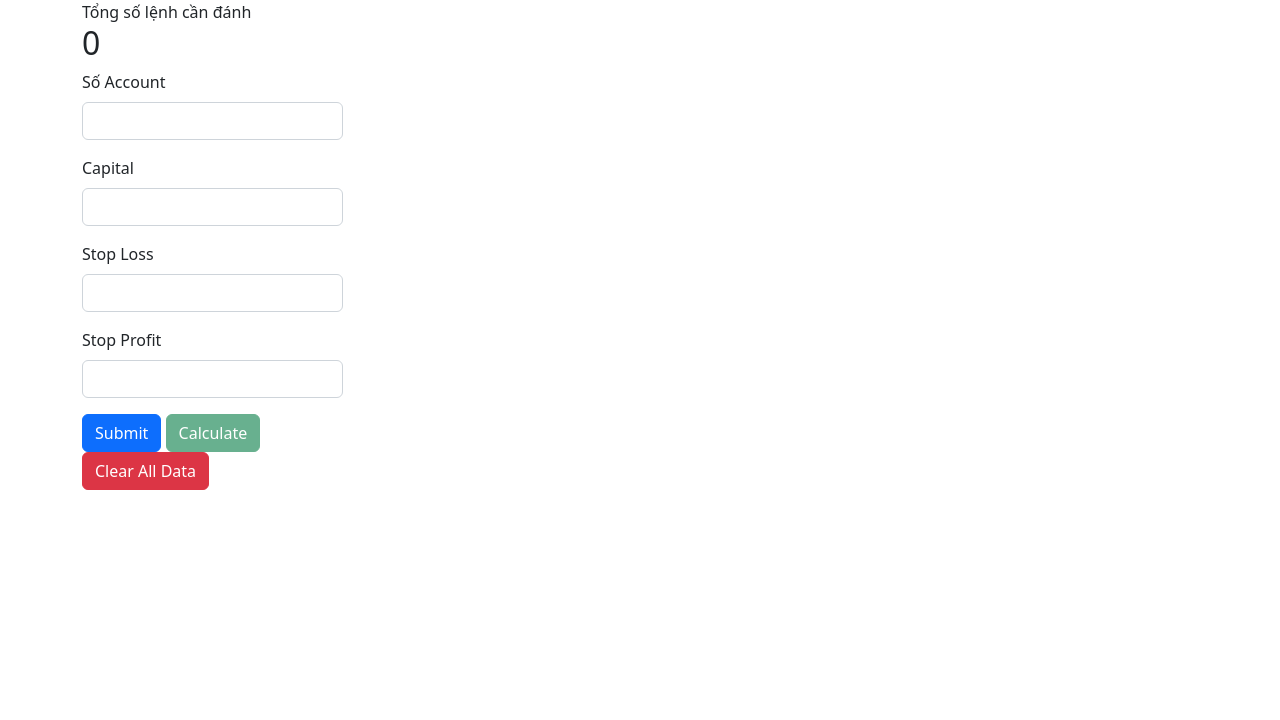
Repository: jasontran1403/calculatingthings
Page: http://localhost/index
The author's editor kept a copy of each file at every save. The page is drawn from the files as they stood at one save, then again after the next save.
The browser window is 1280 px wide. The pictures show the whole page.
The page is this project's Thymeleaf template; nobody is signed in. The template is opened directly, without the code that normally fills it, so the values that code supplies are empty.

Above is the page before, as saved 2022-11-09 06:28:30.

### Hedging/src/main/resources/templates/index.html
<!DOCTYPE html>
<html lang="en">

<head>
    <meta charset="UTF-8">
    <meta http-equiv="X-UA-Compatible" content="IE=edge">
    <meta name="viewport" content="width=device-width, initial-scale=1.0">
    <title>Document</title>
    <link href="https://cdn.jsdelivr.net/npm/bootstrap@5.2.2/dist/css/bootstrap.min.css" rel="stylesheet"
        integrity="sha384-Zenh87qX5JnK2Jl0vWa8Ck2rdkQ2Bzep5IDxbcnCeuOxjzrPF/et3URy9Bv1WTRi" crossorigin="anonymous">
    <style>
        #table {
            display: block;
            margin-top: 20px;
        }

        th,
        td {
            border: 1px solid black;
            padding: 5px;
        }
    </style>

</head>

<body>

    <div class="container">

        <div class="row">
            <div >
                Tổng số lệnh cần đánh <h2 id="totalOrders">0</h2>
            </div>
            <div class="col-3">
                <div class="mb-3">
                    <label for="inputAccount" class="form-label">Số Account</label>
                    <input type="number" class="form-control" id="inputAccount">
                </div>
                <div class="mb-3">
                    <label for="inputCapital" class="form-label">Capital</label>
                    <input type="number" class="form-control" id="inputCapital">
                </div>

                <div class="mb-3">
                    <label for="inputStopLoss" class="form-label">Stop Loss</label>
                    <input type="number" class="form-control" id="inputStopLoss">
                </div>
                <div class="mb-3">
                    <label for="inputStopProfit" class="form-label">Stop Profit</label>
                    <input type="number" class="form-control" id="inputStopProfit">
                </div>
                <button type="submit" id="btnSubmit" class="btn btn-primary">Submit</button>
                <button type="submit" id="btnCal" class="btn btn-success">Calculate</button>
                <button type="submit" id="btnClear" class="btn btn-danger">Clear All Data</button>
            </div>
            <div class="col-5">
                <div id="tableStatContainer">
                    <div id="tableStat"></div>
                </div>
            </div>
            <div class="col-4">
                <div id="table"></div>
            </div>
        </div>

        <!-- <div class="row mt-5">
            <table class="table">
                <thead class="table-success">
                  <tr>
                    <th scope="col">ID</th>
                    <th scope="col">Tên Tài khoản</th>
                    <th scope="col">Balance</th>
                  </tr>
                </thead>
                <tbody>
                  <tr>
                    <th scope="row">1</th>
                    <td>Mark</td>
                    <td>Otto</td>
                  </tr>

                </tbody>
              </table>
        </div> -->
        <div id="table"></div>
    </div>
    <script>const inputAccount = document.getElementById('inputAccount')
    const inputCapital = document.getElementById('inputCapital')
    const inputStopLoss = document.getElementById('inputStopLoss')
    const inputStopProfit = document.getElementById('inputStopProfit')
    let myTable = document.querySelector('#table');
    let myTableStat = document.querySelector('#tableStat');
    const btnSubmit = document.getElementById('btnSubmit')
    const btnCal = document.getElementById('btnCal')
    const btnClear = document.getElementById('btnClear')
    let tableStat = document.getElementById('renderTableStat')
    var orders = document.getElementById('totalOrders')
    var hedgingData = [];
    var urlSubmitData;
    var urlCalculate;
    var urlClear;
    btnCal.disabled = true;

    btnSubmit.addEventListener('click', () => {


        if (inputAccount.value == "" || inputCapital.value == "" || inputStopLoss.value == "" || inputStopProfit.value == "") {
            alert("Vui lòng không để trống thông tin")

        } else {
            btnSubmit.disabled = true;
            btnCal.disabled = false;
            btnClear.disabled = false;
            urlSubmitData = "https://9c4f-2405-4802-90bf-8b30-6800-3e4f-efbc-1f15.ap.ngrok.io/addData/" + inputAccount.value + "/" + inputCapital.value + "/" + inputStopLoss.value + "/" + inputStopProfit.value
            async function getData() {
                let response = await fetch(urlSubmitData);
                let data = await response.json()
                return data;
            }

            getData().then(data => {
                let headers = ['ID', 'Tên tài khoản', 'Balance'];

                let table = document.createElement('table');
                let headerRow = document.createElement('tr');
                headers.forEach(headerText => {
                    let header = document.createElement('th');
                    let textNode = document.createTextNode(headerText);
                    header.appendChild(textNode);
                    headerRow.appendChild(header);
                });
                table.appendChild(headerRow);
                data.forEach(emp => {
                    let row = document.createElement('tr');

                    let cell1 = document.createElement('td');
                    let cell2 = document.createElement('td');
                    let cell3 = document.createElement('td');

                    let id = document.createTextNode(emp.id);
                    cell1.appendChild(id);

                    let accountname = document.createTextNode(emp.accountname);
                    cell2.appendChild(accountname);

                    let balance = document.createTextNode(emp.balance);
                    cell3.appendChild(balance);

                    row.appendChild(cell1);
                    row.appendChild(cell2);
                    row.appendChild(cell3);

                    table.appendChild(row);
                });
                // myTableStat.appendChild(table);
            });
        }
    })

    function renderData() {
        urlSubmitData = "https://9c4f-2405-4802-90bf-8b30-6800-3e4f-efbc-1f15.ap.ngrok.io/showData"
        async function showData() {
            let response = await fetch(urlSubmitData);
            let data = await response.json()
            return data;
        }
        showData().then(data => {
            let headers = ['ID', 'Tên tài khoản', 'Balance'];

            let table = document.createElement('table');

            let headerRow = document.createElement('tr');
            headers.forEach(headerText => {
                let header = document.createElement('th');
                let textNode = document.createTextNode(headerText);
                header.appendChild(textNode);
                headerRow.appendChild(header);
            });
            table.appendChild(headerRow);
            data.forEach(emp => {
                let row = document.createElement('tr');

                let cell1 = document.createElement('td');
                let cell2 = document.createElement('td');
                let cell3 = document.createElement('td');

                let id = document.createTextNode(emp.id);
                cell1.appendChild(id);

                let accountname = document.createTextNode(emp.accountname);
                cell2.appendChild(accountname);

                let balance = document.createTextNode(emp.balance);
                cell3.appendChild(balance);

                row.appendChild(cell1);
                row.appendChild(cell2);
                row.appendChild(cell3);

                table.appendChild(row);
            });
            myTableStat.appendChild(table);
        });
    }

    btnCal.addEventListener('click', () => {
        myTable.innerHTML = ""
        urlCalculate = "https://9c4f-2405-4802-90bf-8b30-6800-3e4f-efbc-1f15.ap.ngrok.io/calculate"

        async function calculate() {
            let response = await fetch(urlCalculate);
            let data = await response.json()
            return data;
        }

        calculate().then(data => {
            let headers = ['Tên tài khoản', 'Balance'];

            let table = document.createElement('table');
            let headerRow = document.createElement('tr');
            headers.forEach(headerText => {
                let header = document.createElement('th');
                let textNode = document.createTextNode(headerText);
                header.appendChild(textNode);
                headerRow.appendChild(header);
            });
            table.appendChild(headerRow);
            data.forEach(emp => {
                let row = document.createElement('tr');
                let cell1 = document.createElement('td');
                let cell2 = document.createElement('td');

                let accountname = document.createTextNode(emp.accountname);
                cell1.appendChild(accountname);

                let balance = document.createTextNode(emp.balance);
                cell2.appendChild(balance);

                row.appendChild(cell1);
                row.appendChild(cell2);

                table.appendChild(row);
            });
            myTable.appendChild(table);
        }).then(() => {
            //orders
            urlStat = "https://9c4f-2405-4802-90bf-8b30-6800-3e4f-efbc-1f15.ap.ngrok.io/statistic";

            async function getStat() {
                let response = await fetch(urlStat);
                let data = await response.json()
                return data;
            }

            getStat().then(data => {
                data.forEach(emp => {
                    orders.innerHTML = emp.orders;
                })

            });

        });

    })

    btnClear.addEventListener('click', () => {
        urlClear = "https://9c4f-2405-4802-90bf-8b30-6800-3e4f-efbc-1f15.ap.ngrok.io/clearData";

        async function clearAllData() {
            let response = await fetch(urlClear);

        }

        clearAllData();
        window.location.href = '/'
    })

</script>
    <script src="https://cdn.jsdelivr.net/npm/bootstrap@5.2.2/dist/js/bootstrap.bundle.min.js"
        integrity="sha384-OERcA2EqjJCMA+/3y+gxIOqMEjwtxJY7qPCqsdltbNJuaOe923+mo//f6V8Qbsw3"
        crossorigin="anonymous"></script>

</body>

</html>

After the next save:
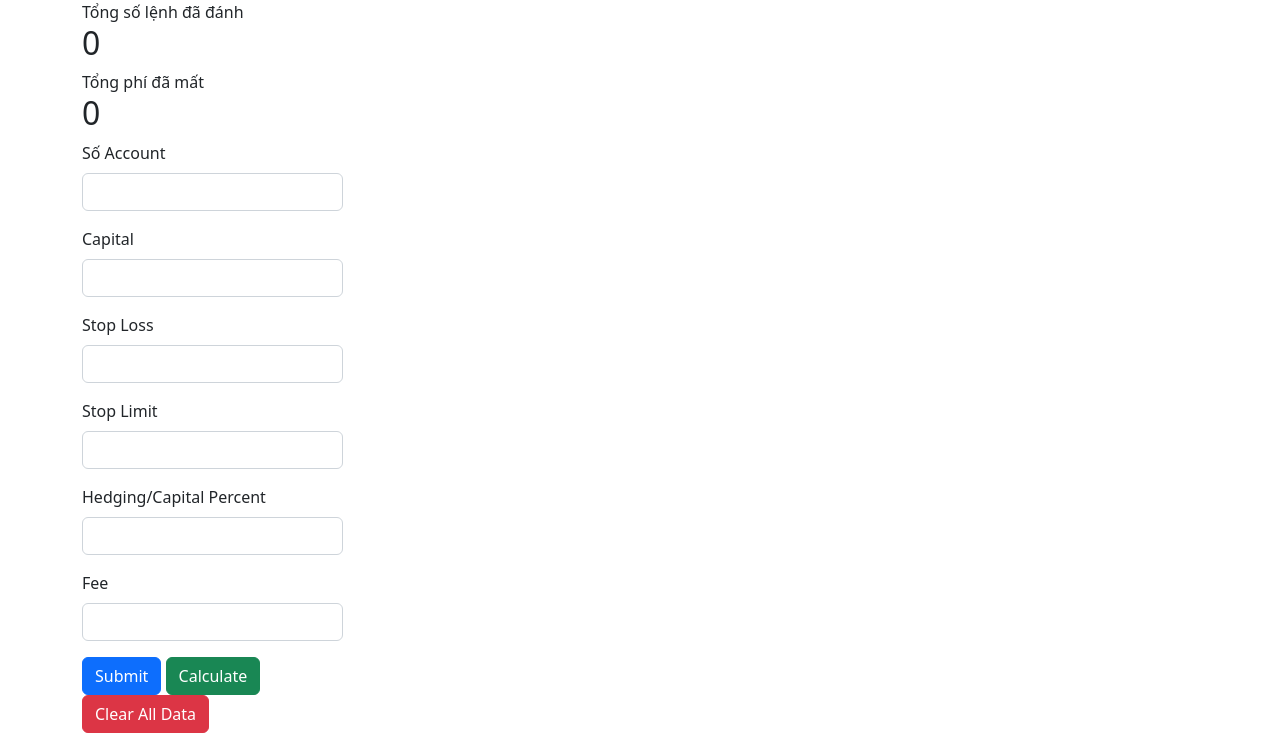
Saved 57 s later.
--- a/Hedging/src/main/resources/templates/index.html
+++ b/Hedging/src/main/resources/templates/index.html
@@ -29,7 +29,10 @@
 
         <div class="row">
             <div >
-                Tổng số lệnh cần đánh <h2 id="totalOrders">0</h2>
+                Tổng số lệnh đã đánh <h2 id="totalOrders">0</h2>
+            </div>
+            <div >
+                Tổng phí đã mất <h2 id="totalFee">0</h2>
             </div>
             <div class="col-3">
                 <div class="mb-3">
@@ -46,8 +49,16 @@
                     <input type="number" class="form-control" id="inputStopLoss">
                 </div>
                 <div class="mb-3">
-                    <label for="inputStopProfit" class="form-label">Stop Profit</label>
+                    <label for="inputStopProfit" class="form-label">Stop Limit</label>
                     <input type="number" class="form-control" id="inputStopProfit">
+                </div>
+                <div class="mb-3">
+                    <label for="inputHedgingPercent" class="form-label">Hedging/Capital Percent</label>
+                    <input type="number" class="form-control" id="inputHedgingPercent">
+                </div>
+                <div class="mb-3">
+                    <label for="inputFee" class="form-label">Fee</label>
+                    <input type="number" class="form-control" id="inputFee">
                 </div>
                 <button type="submit" id="btnSubmit" class="btn btn-primary">Submit</button>
                 <button type="submit" id="btnCal" class="btn btn-success">Calculate</button>
@@ -84,10 +95,13 @@
         </div> -->
         <div id="table"></div>
     </div>
-    <script>const inputAccount = document.getElementById('inputAccount')
+    <script>
+    const inputAccount = document.getElementById('inputAccount')
     const inputCapital = document.getElementById('inputCapital')
     const inputStopLoss = document.getElementById('inputStopLoss')
     const inputStopProfit = document.getElementById('inputStopProfit')
+    const inputHedgingPercent = document.getElementById('inputHedgingPercent')
+    const inputFee = document.getElementById('inputFee')
     let myTable = document.querySelector('#table');
     let myTableStat = document.querySelector('#tableStat');
     const btnSubmit = document.getElementById('btnSubmit')
@@ -95,23 +109,24 @@
     const btnClear = document.getElementById('btnClear')
     let tableStat = document.getElementById('renderTableStat')
     var orders = document.getElementById('totalOrders')
+    var fee = document.getElementById('totalFee')
     var hedgingData = [];
     var urlSubmitData;
     var urlCalculate;
     var urlClear;
-    btnCal.disabled = true;
+
 
     btnSubmit.addEventListener('click', () => {
 
 
-        if (inputAccount.value == "" || inputCapital.value == "" || inputStopLoss.value == "" || inputStopProfit.value == "") {
+        if (inputAccount.value == "" || inputCapital.value == "" || inputStopLoss.value == "" || inputStopProfit.value == "" || inputHedgingPercent.value == "" || inputFee.value == "") {
             alert("Vui lòng không để trống thông tin")
 
         } else {
             btnSubmit.disabled = true;
             btnCal.disabled = false;
             btnClear.disabled = false;
-            urlSubmitData = "https://9c4f-2405-4802-90bf-8b30-6800-3e4f-efbc-1f15.ap.ngrok.io/addData/" + inputAccount.value + "/" + inputCapital.value + "/" + inputStopLoss.value + "/" + inputStopProfit.value
+            urlSubmitData = "https://9c4f-2405-4802-90bf-8b30-6800-3e4f-efbc-1f15.ap.ngrok.io/addData/" + inputAccount.value + "/" + inputCapital.value + "/" + inputStopLoss.value + "/" + inputStopProfit.value + "/" + inputHedgingPercent.value + "/" + inputFee.value
             async function getData() {
                 let response = await fetch(urlSubmitData);
                 let data = await response.json()
@@ -214,7 +229,7 @@
         }
 
         calculate().then(data => {
-            let headers = ['Tên tài khoản', 'Balance'];
+            let headers = ['Số thứ tự', 'Tên tài khoản', 'Balance'];
 
             let table = document.createElement('table');
             let headerRow = document.createElement('tr');
@@ -225,21 +240,28 @@
                 headerRow.appendChild(header);
             });
             table.appendChild(headerRow);
+            var count = 1;
             data.forEach(emp => {
                 let row = document.createElement('tr');
                 let cell1 = document.createElement('td');
                 let cell2 = document.createElement('td');
+                let cell3 = document.createElement('td');
+
+                let number = document.createTextNode(count);
+                cell1.appendChild(number);
 
                 let accountname = document.createTextNode(emp.accountname);
-                cell1.appendChild(accountname);
+                cell2.appendChild(accountname);
 
                 let balance = document.createTextNode(emp.balance);
-                cell2.appendChild(balance);
+                cell3.appendChild(balance);
 
                 row.appendChild(cell1);
                 row.appendChild(cell2);
+                row.appendChild(cell3);
 
                 table.appendChild(row);
+                count+=1;
             });
             myTable.appendChild(table);
         }).then(() => {
@@ -255,6 +277,7 @@
             getStat().then(data => {
                 data.forEach(emp => {
                     orders.innerHTML = emp.orders;
+                    fee.innerHTML = emp.balance;
                 })
 
             });
@@ -275,7 +298,8 @@
         window.location.href = '/'
     })
 
-</script>
+
+    </script>
     <script src="https://cdn.jsdelivr.net/npm/bootstrap@5.2.2/dist/js/bootstrap.bundle.min.js"
         integrity="sha384-OERcA2EqjJCMA+/3y+gxIOqMEjwtxJY7qPCqsdltbNJuaOe923+mo//f6V8Qbsw3"
         crossorigin="anonymous"></script>
